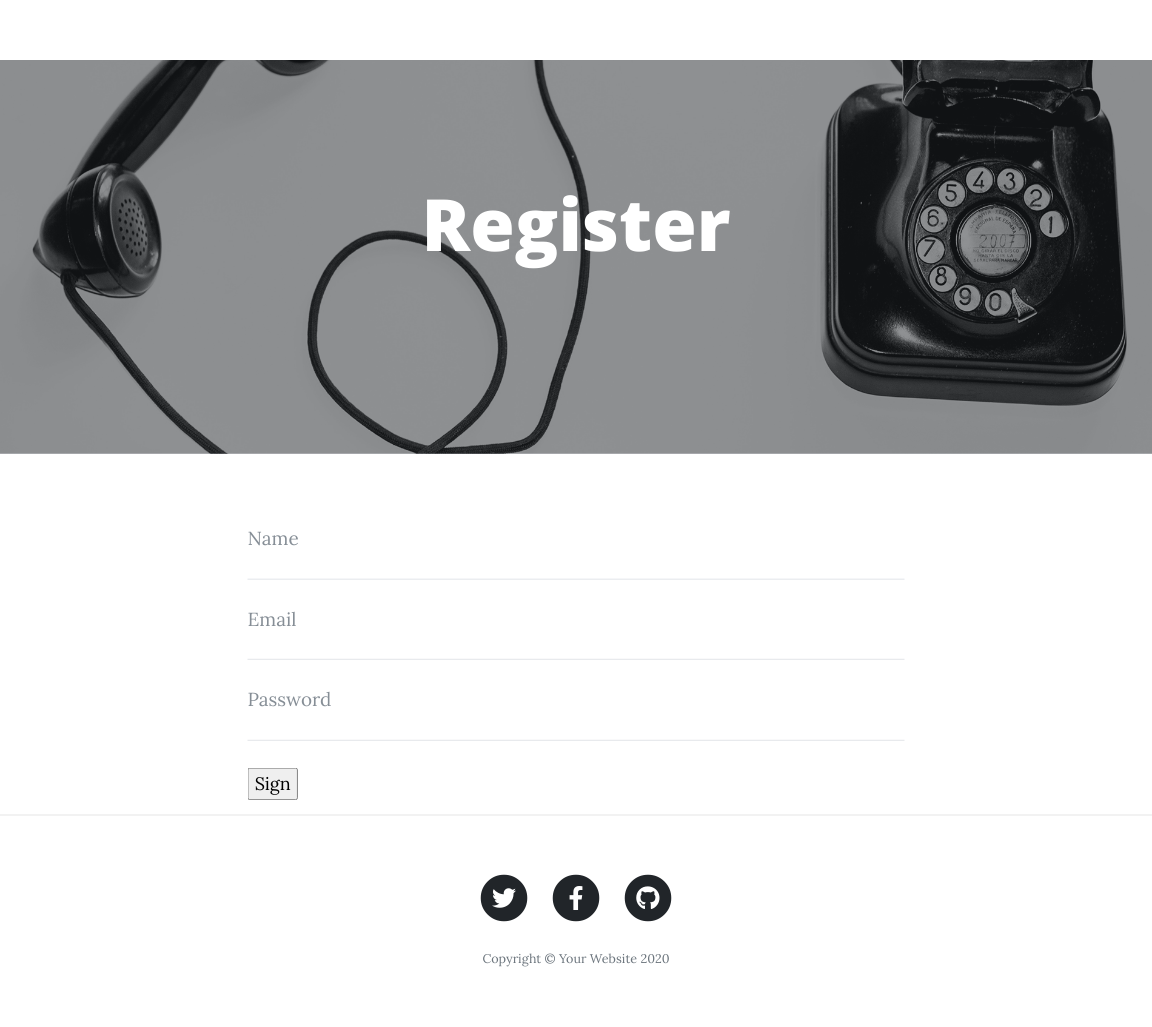
Repository: elvinyeka/elvin-blog
Page: http://localhost/register
These files come from the project's save history. The page is drawn as it stood at one moment and after the next save; the edit follows.
The browser window is 1280 px wide. The pictures show the whole page, at 90% of full size.
The page is served by the project's application, run on Flask 3 (CLEANBLOG/__init__.py).

Above is the page before, as saved 2020-10-12 01:31:58.

After the next save:
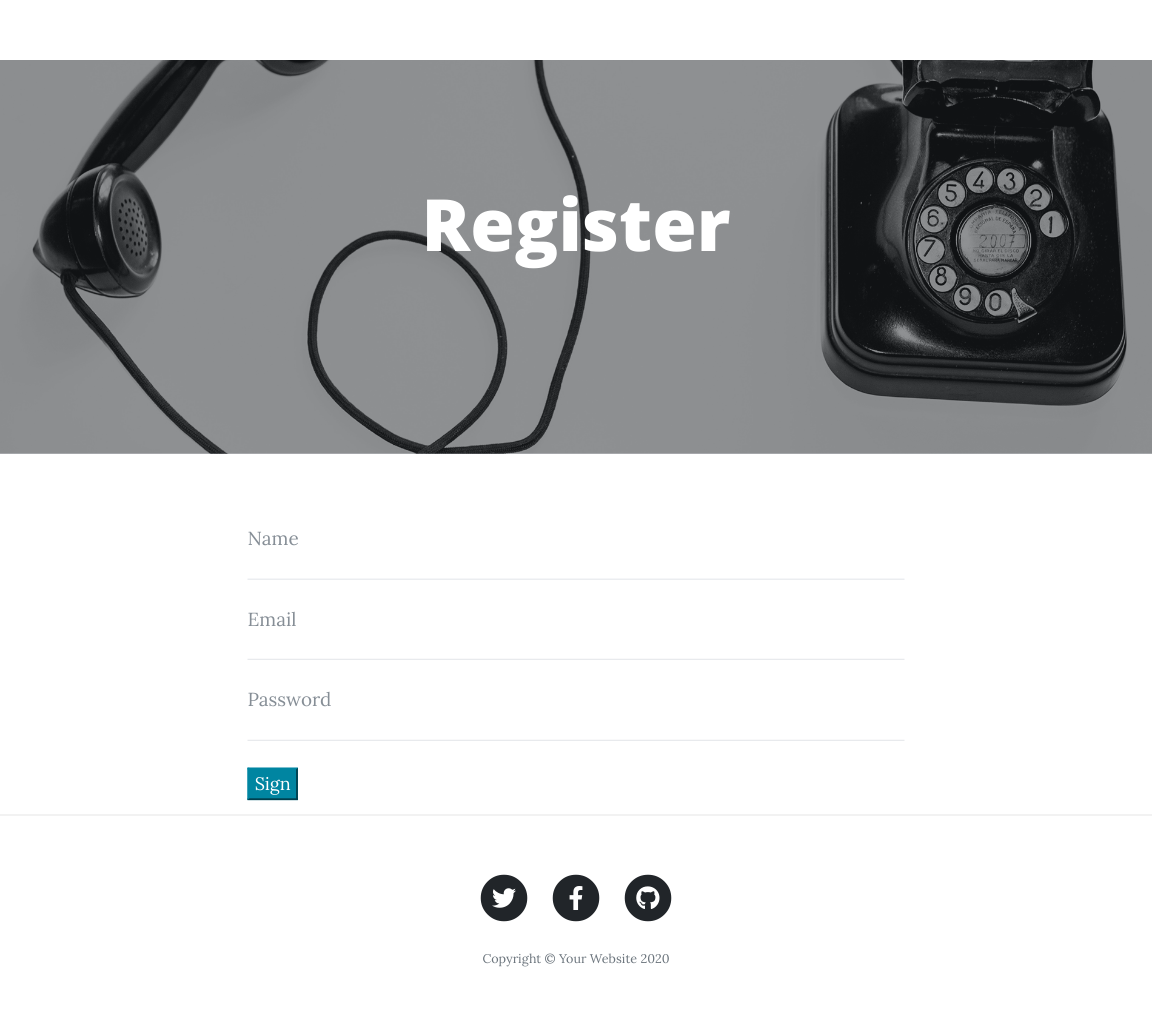
Saved 11 s later.
--- a/CLEANBLOG/templates/register.html
+++ b/CLEANBLOG/templates/register.html
@@ -40,7 +40,7 @@
                 </div>
                 <br>
                 <div id="success">
-                    {{ form.submit(class='btn-primari') }}
+                    {{ form.submit(class='btn-primary') }}
                 </div>
             </form>
         </div>
